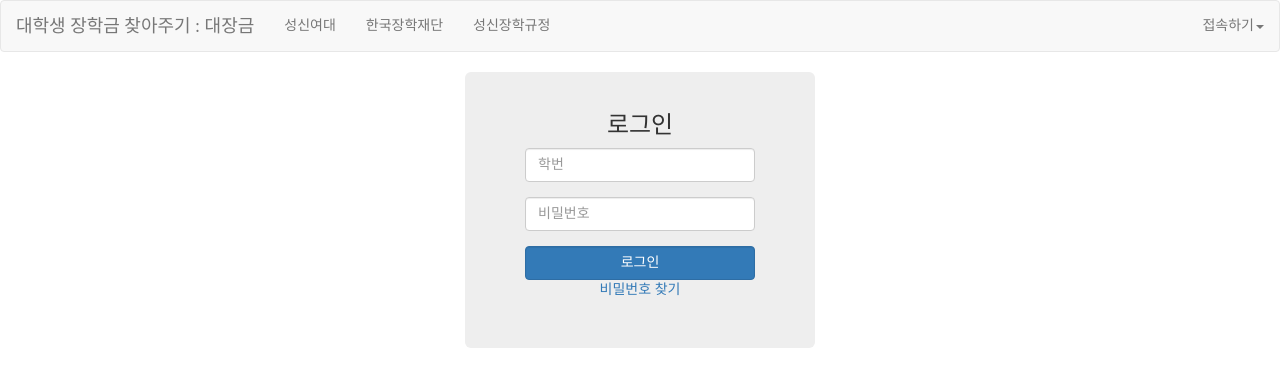
Repository: jiwon-214/DJG
Page: http://localhost/DJG/login.jsp
The author's editor kept a copy of each file at every save. The page is drawn from the files as they stood at one save, then again after the next save.
The browser window is 1280 px wide. The pictures show the whole page.
Some web fonts or font styles are not loaded; a fallback is used. Some web libraries are served in a nearby version. The page is served by Tomcat 9. Other server files are loaded and not shown.

Above is the page before, as saved 2022-01-07 17:45:32.

### DJG/WebContent/login.jsp
<%@ page language="java" contentType="text/html; charset=UTF-8"
    pageEncoding="UTF-8"%>
<!DOCTYPE html>
<html>
<head>
<meta charset="UTF-8">
<meta name = "viewport" content = "width=divice-width", initial-scale = "1">
<link rel = "stylesheet" href = "css/bootstrap.css">
<link rel = "stylesheet" href = "css/custom.css">
<title>대장금</title>
</head>
<body>
	<nav class ="navbar navbar-default">
		<div class = "navbar-header">
			<button type = "button" class = "navbar-toggle collapsed"
				data-toggle = "collapse" data-target = "#bs-example-navbar-collapse-1"
				aria-expanded="false">
				<span class = "icon-bar"></span>
				<span class = "icon-bar"></span>
				<span class = "icon-bar"></span>
			</button>
			<a class="navbar-brand" href = "main.jsp">대학생 장학금 찾아주기 : 대장금</a>
		</div>
		<div class="collapse navbar-collapse" id="bs-example-navbar-collapse-1">
			<ul class = "nav navbar-nav">
				<li><a href="https://portal.sungshin.ac.kr/sso/login.jsp">성신여대</a></li>
				<li><a href="http://www.kosaf.go.kr/">한국장학재단</a></li>
				<li><a href="https://rule.sungshin.ac.kr/service/law/lawView.do?seq=95&historySeq=0&gubun=cur&tree=part">성신장학규정</a></li>
			</ul>
			<ul class="nav navbar-nav navbar-right">
				<li class="dropdown">
					<a href="#" class="dropdown-toggle"
						data-toggle="dropdown" role="button" aria-haspopup="true"
						aria-expanded="false">접속하기<span class="caret"></span></a>
					<ul class="dropdown-menu">
						<li class="active"><a href = "login.jsp">로그인 </a></li>
						<li><a href="join.jsp">회원가입</a></li>
					</ul>
				</li>
			</ul>
		</div>
	</nav>
	<div class="container">
		<div class="col-lg-4"></div>
		<div class="col-lg-4">
			<div class="jumbotron" style="padding-top:20px;">
				<form method="post" action="loginAction.jsp">
					<h3 style="text-align:center;">로그인</h3>
					<div class="form-group">
						<input type="text" class="form-control" placeholder="학번" name="userID" maxlength="10">
					</div>
					<div class="form-group">
						<input type="password" class="form-control" placeholder="비밀번호" name="userPassword" maxlength="20">
					</div>
					<input type="submit" class="btn btn-primary form-control" value="로그인">
				</form>
				<div class="link" style="text-align:center;">
					<a href= "findPW.jsp">비밀번호 찾기</a>
				</div>
			</div>
		</div>
		<div class="col-lg-4"></div>
	</div>
	<script src = "https://code.jquery.com/jquery-3.1.1.min.js"></script>
	<script src = "js/bootstrap.js"></script>
</body>
</html>

### DJG/WebContent/css/custom.css
@import url(http://fonts.googleapis.com/earlyaccess/nanumgothic.css);
@import url(http://fonts.googleapis.com/earlyaccess/hanna.css);
* {
	font-family : 'Nanum Gothic';
}
h1 {
	font-famaily : 'Hanna';
}

Loaded but not shown: DJG/WebContent/css/bootstrap.css (library); DJG/WebContent/js/bootstrap.js (library)

After the next save:
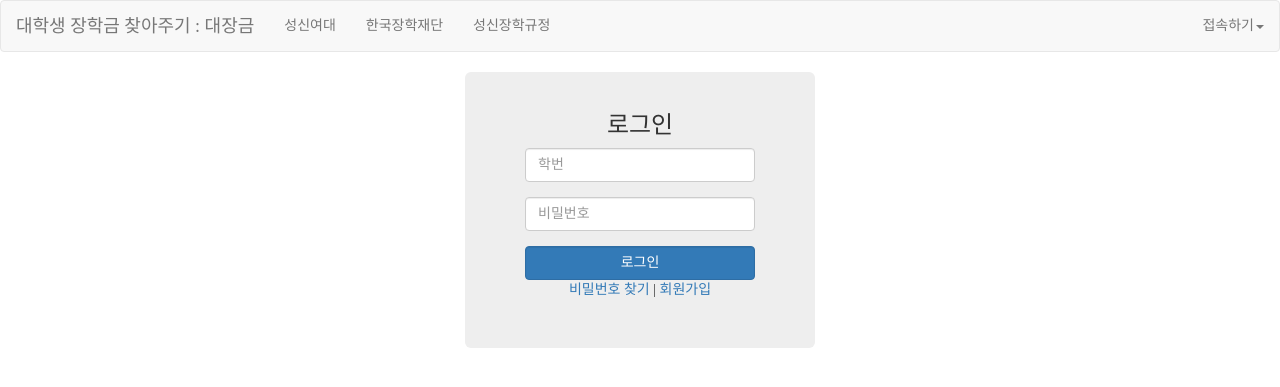
Saved 6 min 8 s later.
--- a/DJG/WebContent/login.jsp
+++ b/DJG/WebContent/login.jsp
@@ -55,7 +55,7 @@
 					<input type="submit" class="btn btn-primary form-control" value="로그인">
 				</form>
 				<div class="link" style="text-align:center;">
-					<a href= "findPW.jsp">비밀번호 찾기</a>
+					<a href= "findPW.jsp">비밀번호 찾기</a> | <a href= "join.jsp">회원가입</a>
 				</div>
 			</div>
 		</div>
